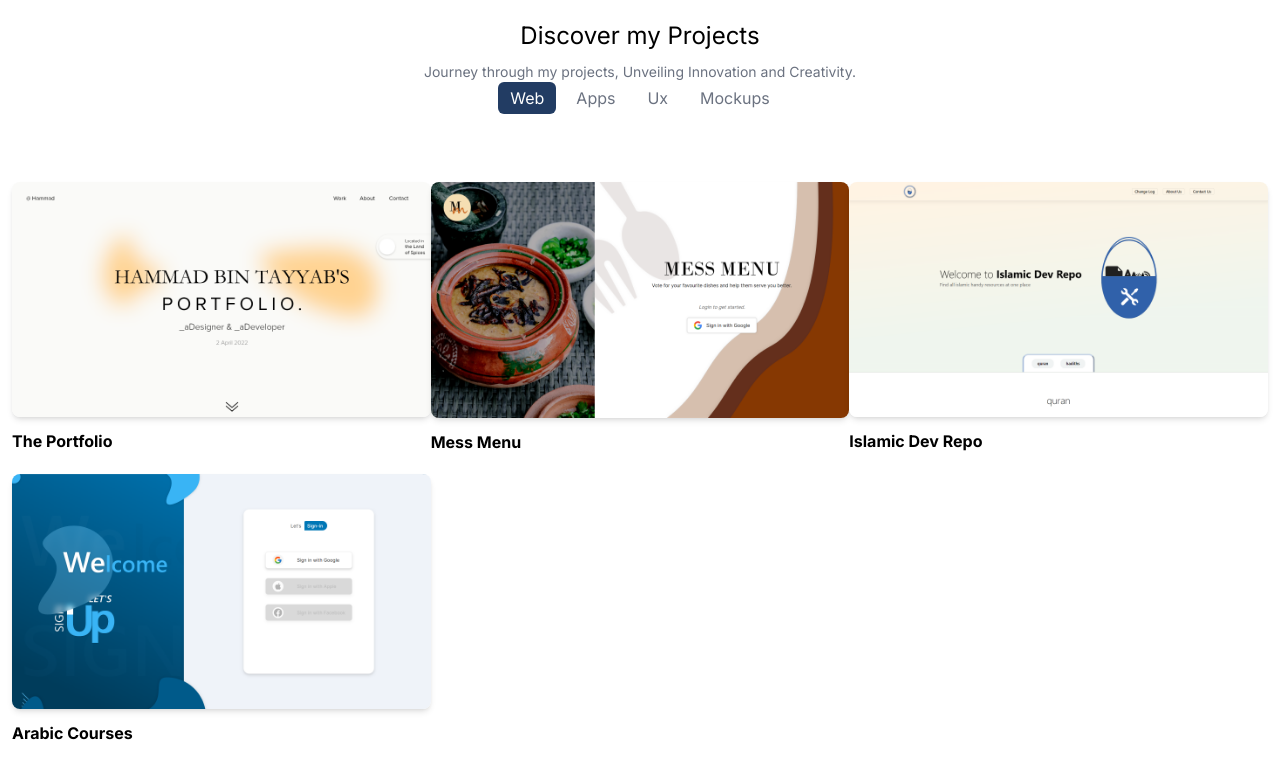
Repository: SpicierEwe/my_portfolio_v2
Page: /
These files come from the project's save history. The page is drawn as it stood at one moment and after the next save; the edit follows.
The browser window is 1280 px wide. The pictures show the whole page.
The project was rebuilt for these pictures with package versions that can differ from the ones it lists, and the page was loaded fresh each time. The framework's server and built-in components were replaced by stand-ins that run in the browser. Also part of the build but not shown: next.config.js, core/utils/customIcons.js, core/utils/utils.tsx, core/db/sub_db_data/ux_db.js.

Above is the page before, as saved 2024-04-22 11:07:01.

### app/page.tsx
import DevicePreview from "@/Components/Device_preview/device_preview";
import HeroSection from "@/Components/Hero_section/hero_section";
import WorkSection from "@/Components/Work_section/work_section";
import Image from "next/image";

export default function Home() {
  return (
    <main>
      {/* <div className="absolute z-30 overflow-hidden bottom-0 ">
        <DevicePreview  />
      </div> */}
      {/* <div className="overflow-hidden">
        <HeroSection />
      </div> */}

      <WorkSection />
    </main>
  );
}

### app/globals.css
@layer base {

  @font-face {
    font-family: 'Garamond';
    src: url('../public/fonts/EBGaramond-VariableFont_wght.ttf');

  }

  @font-face {
    font-family: 'Proxima Nova';
    src: url('../public/fonts/MarkSimonsonProximaNovaRegular.otf');
    font-weight: normal;
    font-style: normal;
  }


  @font-face {
    font-family: "Rage";
    src: url("../public/fonts/rage.ttf");
  }
}

@tailwind base;
@tailwind components;
@tailwind utilities;

:root {
  --foreground-rgb: 0, 0, 0;
  --background-start-rgb: 214, 219, 220;
  --background-end-rgb: 255, 255, 255;

}

@media (prefers-color-scheme: dark) {
  :root {
    --foreground-rgb: 255, 255, 255;
    --background-start-rgb: 0, 0, 0;
    --background-end-rgb: 0, 0, 0;
  }
}

body {

  /* background: #F5F5F5; */
}

### Components/Work_section/work_section.tsx
"use client";

import { db } from "../../core/db/db";
import Image from "next/image";
import Link from "next/link";
import { useState } from "react";

export default function WorkSection() {
  const navItems: string[] = Object.keys(db.portfolioItems);
  const [selectedNavItemIndex, setSelectedNavItemIndex] = useState<number>(0);
  return (
    <section className="">
      {/* header */}
      <header className="flex flex-col items-center pt-5">
        <h2 className="text-center text-2xl">Discover my Projects</h2>
        <p className="text-center text-sm mt-2.5 text-gray-500">
          Journey through my projects, Unveiling Innovation and Creativity.
        </p>
      </header>
      {/* nav */}
      <nav>
        <ul className="flex justify-center mt-6 gap-2 flex-wrap">
          {navItems.map((item, index) => {
            const isSelected: Boolean = selectedNavItemIndex == index;
            return (
              <li
                className={`${
                  isSelected ? "bg-brand-color" : ""
                } px-3 py-1 rounded-md cursor-pointer`}
                onClick={() => setSelectedNavItemIndex(index)}
                key={index}
              >
                <Link
                  href="#"
                  className={`${
                    isSelected ? "text-white" : "text-gray-500"
                  } capitalize`}
                >
                  {item}
                </Link>
              </li>
            );
          })}
        </ul>
      </nav>

      <main>
        {/* projects */}
        <div className="grid grid-cols-1 md:grid-cols-2 lg:grid-cols-3 gap-4 mt-14 px-3 py-3">
          {(db.portfolioItems as any)[navItems[selectedNavItemIndex]].map(
            (item: any, index: number) => {
              const selectedNavItemName: string =
                navItems[selectedNavItemIndex];
              const projectName: string = item["projectName"];
              const imageLink: string = item["imageLink"];
              return (
                <div key={index}>
                  {
                    <Image
                      className="shadow-md rounded-lg"
                      src={imageLink}
                      alt={projectName}
                      height={200}
                      width={200}
                      layout="responsive"
                    ></Image>
                  }
                  <p className="mt-3 ml-1 mb-5 font-bold">
                    {projectName}
                    {}
                  </p>
                </div>
              );
            }
          )}
        </div>
      </main>
    </section>
  );
}

### core/db/db.js
import { websitesDb } from "./sub_db_data/websites_db";
import { appsDb } from "./sub_db_data/apps_db";
import { uxDb } from "./sub_db_data/ux_db";
import { mockupsDb } from "./sub_db_data/mockups_db";

export const db = {
  portfolioItems: {
    web: websitesDb,
    apps: appsDb,
    ux: uxDb,
    mockups: mockupsDb,
  },
};

### core/db/sub_db_data/websites_db.js
import { embedCustomLinks } from "../../utils/utils";

export const websitesDb = [
  {
    projectName: "The Portfolio",
    projectId: "e2f9658b-f9bb-4d2c-ac8c-113a56d9204f",
    projectTagLine: "A Thoughtfully Curated Portfolio of Elegant Creations",
    link: "https://hammadtayyab.vercel.app/",
    imageLink: "/images/websites/my_portfolio.png",
    info: "This portfolio project showcases a minimalist design, highlighting my work and skills with clarity and finesse. The aim was to provide a seamless user experience and intuitive navigation, creating a comprehensive and sophisticated display of my professional journey.",
    roles: [
      "Data Analyst",
      "Designer",
      "Developer",
      "Maintainer",
      "Product Manager",
      "Tester/Quality Assurance",
      "Researcher",
      "DevOps Engineer",
      "Technical Writer",
      "Project Manager",
    ],
    techStack: [
      "NextJs",
      "React",
      "TypeScript",
      "TailwindCSS",
      "HTML",
      "CSS",
      "JavaScript",
      "Git",
      "Vercel",
    ],
  },
  {
    projectId: "566ec8d6-4d5d-4f22-9580-2c574f7122fb",
    projectName: "Mess Menu",
    projectTagLine: "Simplifying Hostel Dining with a Digital Menu System",
    link: "https://messmenu.vercel.app/",
    imageLink: "/images/websites/mess_menu.png",
    info: "This project streamlines the process of hostel dining by offering a digital menu system for students. Monthly menus are curated through community voting, allowing students to have a say in their dining options. Originating from a friend's final year project, the focus was on user-centric design and functionality, ensuring a seamless experience for all users.",
    roles: [
      "Data Analyst",
      "Designer",
      "Developer",
      "Maintainer",
      "Product Manager",
      "Tester/Quality Assurance",
      "Researcher",
      "DevOps Engineer",
      "Technical Writer",
      "Project Manager",
    ],
    techStack: [
      "NextJs",
      "React",
      "HTML",
      "CSS",
      "JavaScript",
      "Git",
      "Vercel",
      "Firebase",
      "Firebase Auth",
    ],
  },
  {
    projectId: "e3a52953-0a4d-43c3-b874-bd55925f6a7e",
    projectName: "Islamic Dev Repo",
    projectTagLine: "A Repository of Authentic Islamic Data for Developers",
    link: "https://islamic-dev-repo.vercel.app/",
    imageLink: "/images/websites/islamic_dev_repo.png",
    info: "This project offers developers a curated repository of reliable Islamic data that can be seamlessly integrated into various applications. With a focus on authenticity and compatibility across multiple devices, this repository provides a trustworthy source of information for developers working on Islamic-related projects.",
    roles: [
      "Data Analyst",
      "Designer",
      "Developer",
      "Maintainer",
      "Product Manager",
      "Tester/Quality Assurance",
      "Researcher",
      "DevOps Engineer",
      "Technical Writer",
      "Project Manager",
    ],
    techStack: [
      "NextJs",
      "React",
      "HTML",
      "CSS",
      "JavaScript",
      "Git",
      "Vercel",
      "Python",
    ],
  },
  {
    projectId: "87693335-b9d6-434c-8428-5d8266482050",
    projectName: "Arabic Courses",
    projectTagLine:
      "A Platform for Streaming the Best Madina Arabic Course Online",
    link: "https://arabiccourses.vercel.app/",
    imageLink: "/images/websites/arabic_courses.png",
    info: `The goal of this project was to establish an online platform for the popular Madina Arabic course, allowing users to stream videos from the cloud and track their progress. Initially, the videos were only available for download, but this platform offers a more convenient streaming experience. You can learn more about the course at ${embedCustomLinks(
      {
        link: "https://abdurrahman.org/arabic-learning/dvds/",
        title: "AbdurRahman.Org",
      }
    )}. Arabic Courses enhances accessibility and convenience for users, making the learning process smoother and more enjoyable.`,
    roles: [
      "Data Analyst",
      "Designer",
      "Developer",
      "Maintainer",
      "Product Manager",
      "Tester/Quality Assurance",
      "Researcher",
      "DevOps Engineer",
      "Technical Writer",
      "Project Manager",
    ],
    techStack: [
      "NextJs",
      "React",
      "HTML",
      "CSS",
      "JavaScript",
      "Git",
      "Vercel",
      "Firebase",
      "Firebase Auth",
    ],
  },
];

### core/db/sub_db_data/apps_db.js
import { embedCustomLinks } from "../../utils/utils";

export const appsDb = [
  {
    projectId: "38384ae3-5586-40be-b025-c9c3ad1094ef",
    projectName: "al Qur'an",
    projectTagLine: "All about the Qur'an in one app.",

    link: "https://play.google.com/store/apps/details?id=com.spicierewe.al_quran",

    imageLink: "/images/apps/al_quran.png",

    info: `The "al Qur'an" app offers a comprehensive experience of the Qur'an for users around the world. It includes a wide range of translations in various languages, tafseer (exegesis), access to over 49 reciters and translators, and much more. All data is sourced from the reliable platform ${embedCustomLinks(
      { link: "https://quran.com", title: "quran.com" }
    )}.`,

    roles: [
      "Data Analyst",
      "Designer",
      "Developer",
      "Maintainer",
      "Product Manager",
      "Tester/Quality Assurance",
      "Researcher",
      "DevOps Engineer",
      "Technical Writer",
      "Project Manager",
    ],

    techStack: ["Flutter", "Dart", "Git", "Adobe XD"],

    platforms: ["Android"],
  },
  {
    projectId: "1eeb435f-acbd-41e8-b826-440959bb6a57",
    projectName: "Riddle Me",
    projectTagLine: "Riddle Me: Unraveling Minds, One Clue at a Time!",

    link: "https://play.google.com/store/apps/details?id=com.spicierewe.RiddleMe",

    imageLink: "/images/apps/riddle_me.png",

    info: "Riddle Me is an engaging and challenging game designed to test your intelligence and problem-solving skills. This game stimulates creative thinking and encourages you to approach problems from different perspectives.",

    roles: [
      "Data Analyst",
      "Designer",
      "Developer",
      "Maintainer",
      "Product Manager",
      "Tester/Quality Assurance",
      "Researcher",
      "DevOps Engineer",
      "Technical Writer",
      "Project Manager",
    ],

    techStack: ["Flutter", "Dart", "Git", "Adobe XD"],

    platforms: ["Android"],
  },
  {
    projectId: "2ae7005c-16e2-4fe5-b7b0-20f5f826321e",
    projectName: "Food Deals",
    projectTagLine: "Find the best food deals at your fingertips.",

    link: "https://play.google.com/store/apps/details?id=com.spicierewe.food_deals",

    imageLink: "/images/apps/food_deals.png",

    info: "Food Deals is an app that helps users discover the best offers and discounts on their favorite food delivery services. Save money and enjoy your favorite meals by comparing prices across different platforms.",

    roles: [
      "Data Analyst",
      "Designer",
      "Developer",
      "Maintainer",
      "Product Manager",
      "Tester/Quality Assurance",
      "Researcher",
      "DevOps Engineer",
      "Technical Writer",
      "Project Manager",
    ],

    techStack: ["Flutter", "Dart", "Git", "Adobe XD"],

    platforms: ["Android"],
  },
  {
    projectId: "627de94f-59b4-4f85-bcf4-df6fbf22714e",
    projectName: "Hadith Collection",
    projectTagLine: "Access authentic hadiths of the Prophet Muhammad (pbuh).",

    link: "https://play.google.com/store/apps/details?id=com.spicierewe.ahadith_collection",

    imageLink: "/images/apps/ahadith_collection.png",

    info: `The "Hadith Collection" app provides a comprehensive and authentic collection of hadiths of the Prophet Muhammad (pbuh). It includes data from various reputable sources such as ${embedCustomLinks(
      { link: "https://sunnah.com", title: "sunnah.com" }
    )} for Arabic and English, and ${embedCustomLinks({
      link: "https://github.com/pakjiddat/islam-companion-web-api",
      title: "islam-companion-web-api",
    })} for Urdu data.`,

    roles: [
      "Data Analyst",
      "Designer",
      "Developer",
      "Maintainer",
      "Product Manager",
      "Tester/Quality Assurance",
      "Researcher",
      "DevOps Engineer",
      "Technical Writer",
      "Project Manager",
    ],

    techStack: ["Flutter", "Dart", "Git", "Adobe XD"],

    platforms: ["Android"],
  },
  {
    projectId: "7468bdef-5b24-454e-ae99-dd0a558441d7",
    projectName: "Study Practice",
    projectTagLine: "Practice makes perfect.",

    link: "https://play.google.com/store/apps/details?id=com.spicierewe.study_practice",

    imageLink: "/images/apps/study_practice.png",

    info: "Study Practice is a study companion app designed to help students prepare for competitive exams such as NEET and JEE. The app offers past exam questions, mock tests, and real-time progress tracking along with official study material.",

    roles: [
      "Data Analyst",
      "Designer",
      "Developer",
      "Maintainer",
      "Product Manager",
      "Tester/Quality Assurance",
      "Researcher",
      "DevOps Engineer",
      "Technical Writer",
      "Project Manager",
    ],

    techStack: ["Flutter", "Dart", "Git", "Adobe XD"],

    platforms: ["Android"],
  },
];

### core/db/sub_db_data/mockups_db.js
export const mockupsDb = [
  {
    phone_mockup_links: [],
    other_mockup_links: [
      "/images/mockups/eat_healthy_mockup.svg",
      "/images/mockups/bot_mockup_theme_light.svg",
      "/images/mockups/bot_mockup_theme_dark.svg",
      "/images/mockups/the_perfume_lab_price_list.png",
      "/images/mockups/noraty_business_hero_section.svg",
      "/images/mockups/gr_showcase.png",
      "/images/mockups/just_moved_showcase.png",
      "/images/mockups/archer_product_design.png",
      "/images/mockups/the_connection_poster.png",
      "/images/mockups/social_flow_flyer.png",
      "/images/mockups/LVD_roll_up_banner.png",
      "/images/mockups/ATS_flyer.png",
    ],
  },
];

### tailwind.config.js
const { reverse } = require("dns");
const defaultTheme = require("tailwindcss/defaultTheme");

/** @type {import('tailwindcss').Config} */
module.exports = {
  content: [
    "./pages/**/*.{js,ts,jsx,tsx,mdx}",
    "./components/**/*.{js,ts,jsx,tsx,mdx}",
    "./app/**/*.{js,ts,jsx,tsx,mdx}",
    "./core/**/*.{js,ts,jsx,tsx,mdx}",
  ],
  theme: {
    extend: {
      screens: { xs: { max: "640px" } },

      maxWidth: {
        "120rem": "120rem",
      },

      backgroundImage: {
        "gradient-radial": "radial-gradient(var(--tw-gradient-stops))",
        "gradient-conic":
          "conic-gradient(from 180deg at 50% 50%, var(--tw-gradient-stops))",
      },

      colors: {
        "brand-color": "#223c63",
        "primary-color": "#ffffff",
        "secondary-color": "#00A699",
        "accent-color": "#779ace",
      },

      keyframes: {
        wiggle: {
          "0%, 100%": { transform: "rotate(-3deg)" },
          "50%": { transform: "rotate(3deg)" },
        },

        levitate: {
          "0%": { transform: "translateY(50px)" },
          "50%": { transform: "translateY(-30px)  scale(1.1)" },
          "100%": { transform: "translateY(50px)" },
        },
        levitate_reverse: {
          "0%": { transform: "translateY(-90px)" },
          "50%": { transform: "translateY(30px)  scale(1.1)" },
          "100%": { transform: "translateY(-90px)" },
        },
      },

      animation: {
        "spin-slow": "spin 3s linear infinite",
        wiggle: "wiggle 1s ease-in-out infinite",
        levitate: "levitate 5s ease-in-out infinite",
        levitate_reverse: "levitate_reverse 5s ease-in-out infinite reverse",
      },

      fontFamily: {
        garmond: ["Garmond", ...defaultTheme.fontFamily.serif],
        custom_sans: ["Proxima Nova", ...defaultTheme.fontFamily.sans],
      },

      height: {
        dvh: "100dvh",
      },
    },
  },

  variants: {
    backgroundColor: ["responsive", "hover", "focus", "active"],
  },

  plugins: [],
};

Loaded but not shown: app/layout.tsx (common file)

After the next save:
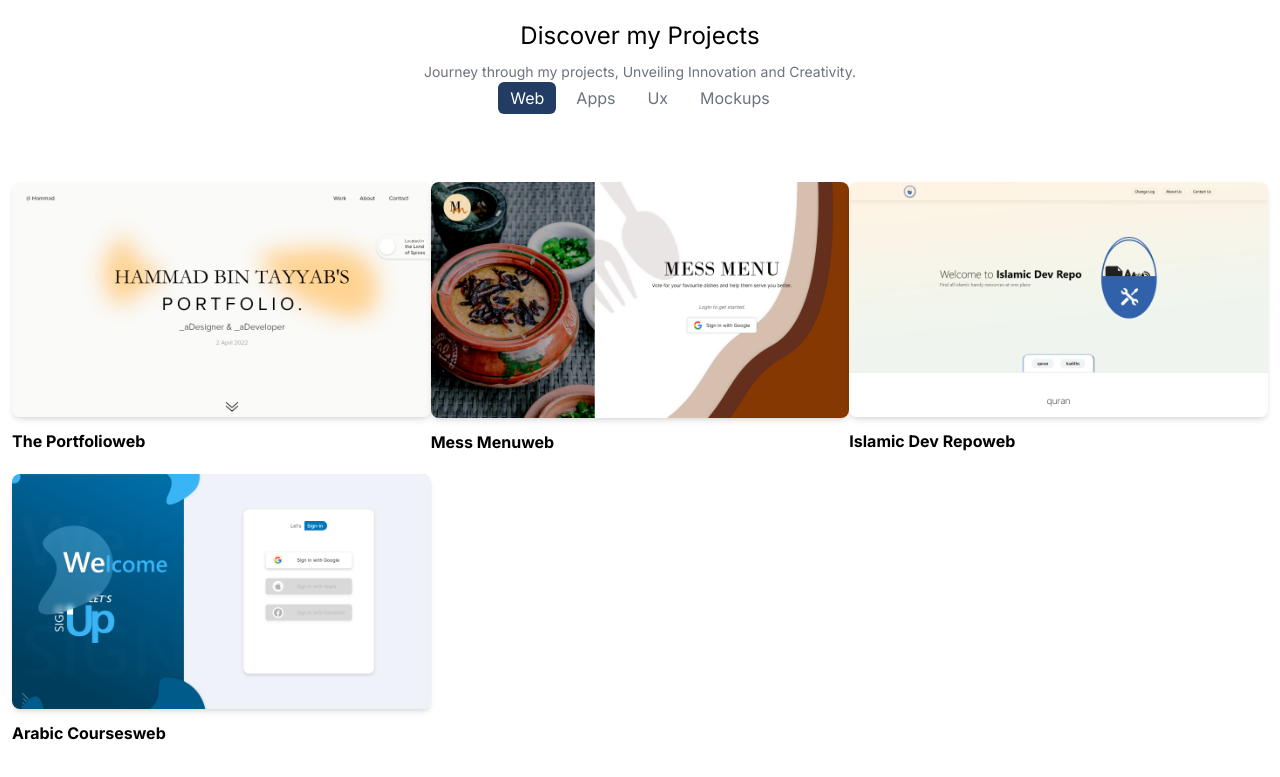
Saved 6 s later.
--- a/Components/Work_section/work_section.tsx
+++ b/Components/Work_section/work_section.tsx
@@ -67,7 +67,7 @@ export default function WorkSection() {
                   }
                   <p className="mt-3 ml-1 mb-5 font-bold">
                     {projectName}
-                    {}
+                    {selectedNavItemName}
                   </p>
                 </div>
               );
